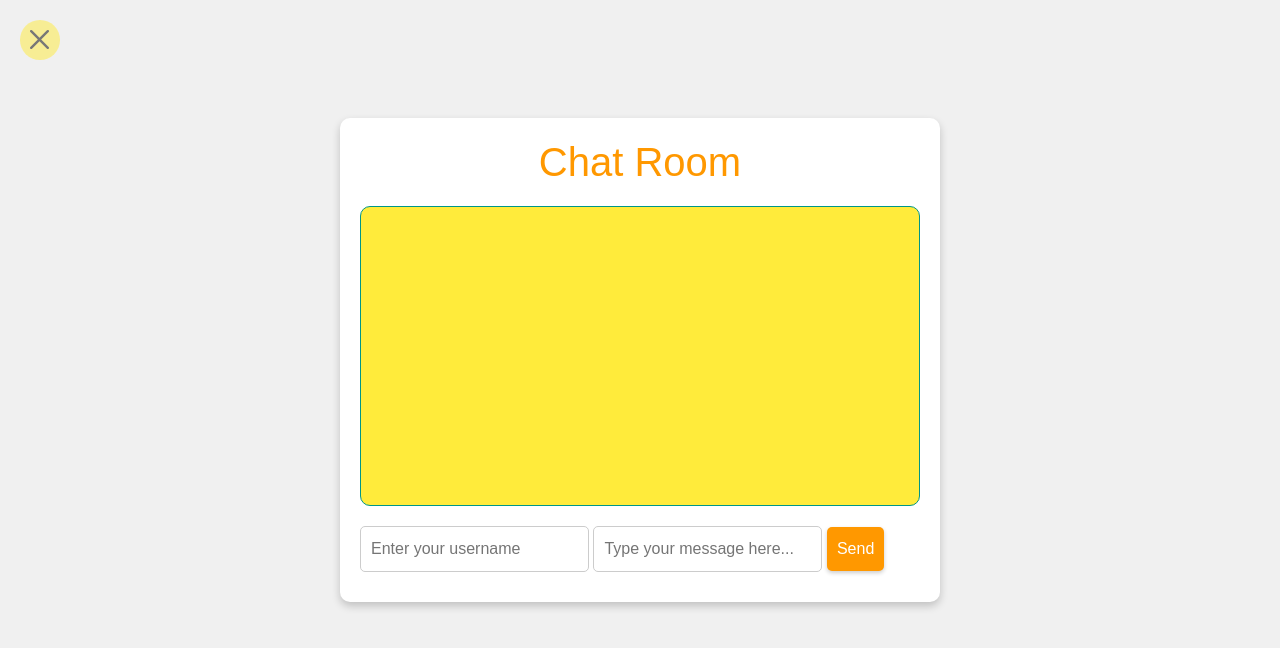
Repository: Sanjana-Inapakolla/Find-your-Roomie-website
Page: http://localhost/MiniProject/AfterSend
An editor plug-in stored every save of this project. The page is shown before and after the next save, followed by the edit.
The browser window is 1280 px wide. The pictures show the whole page.
The page is served by Tomcat 10. Other server files are loaded and not shown. Queries for data that is not in the repository find no rows.

Above is the page before, as saved 2024-11-13 11:32:25.

### mini-project(jfst)/MiniProject/src/main/webapp/chat.jsp
<%@ page language="java" contentType="text/html; charset=UTF-8" pageEncoding="UTF-8"%>
<%@ page import="java.util.*, java.io.*,jakarta.servlet.*,java.sql.*"%>
<%@ page import="form.DbConnect" %>
<%@ page import="chat.Pair_messages" %>

<!DOCTYPE html>
<html lang="en">
<head>
    <meta charset="UTF-8">
    <meta name="viewport" content="width=device-width, initial-scale=1.0">
    <title>Chat Application</title>
    <link href="https://cdn.jsdelivr.net/npm/bootstrap@5.3.3/dist/css/bootstrap.min.css" rel="stylesheet" integrity="sha384-QWTKZyjpPEjISv5WaRU9OFeRpok6YctnYmDr5pNlyT2bRjXh0JMhjY6hW+ALEwIH" crossorigin="anonymous">

    <style>
        body {
            display: flex;
            justify-content: center;
            align-items: center;
            height: 100vh;
            margin: 0;
            background-color: #f0f0f0; /* Gray background */
            font-family: Arial, sans-serif;
        }

        .chat-container {
            background-color: white; /* White container background */
            padding: 20px;
            border-radius: 10px;
            box-shadow: 0 4px 8px rgba(0, 0, 0, 0.2);
            width: 600px;
        }

        h1 {
            text-align: center;
            color: #ff9800; /* Orange for heading */
            margin-bottom: 20px;
        }

        #chatWindow {
            border: 1px solid #009688; /* Teal border */
            height: 300px;
            overflow-y: scroll;
            padding: 10px;
            background-color: #ffeb3b; /* Yellow background */
            border-radius: 10px;
            margin-bottom: 20px;
        }

        .form-container {
            display: flex;
            flex-direction: column;
        }

        input[type="text"], input[type="submit"], input[type="text"]#username {
            background-color: #fff; /* White input fields */
            border: 1px solid #ccc;
            padding: 10px;
            border-radius: 5px;
            margin-bottom: 10px;
        }

        input[type="submit"] {
            background-color: #ff9800; /* Orange for submit button */
            border: none;
            color: white;
            cursor: pointer;
            box-shadow: 0 2px 4px rgba(0, 0, 0, 0.2);
        }

        input[type="submit"]:hover {
            background-color: #f57c00; /* Darker orange for hover effect */
        }

        .btn-close {
            position: absolute;
            top: 20px;
            left: 20px;
            width: 30px;
            height: 30px;
            font-size: 1.2rem;
            background-color: #ffeb3b; /* Yellow close button */
            border: none;
            border-radius: 50%;
        }

        .btn-close:hover {
            background-color: #fdd835; /* Darker yellow for hover effect */
        }

        p {
            margin: 5px 0;
            color: #009688; /* Teal color for chat text */
        }
    </style>
</head>

<body>
    <button type="button" class="btn-close" aria-label="Close" onclick="window.location.href='home.html';"></button>
    <div class="chat-container">
        <h1>Chat Room</h1>
        <div id="chatWindow">
            <%
                List<Pair_messages> m = (List<Pair_messages>) request.getAttribute("chats");
                if (m != null && !m.isEmpty()) {
                    for (Pair_messages p : m) {
            %>
                <p><strong><%= p.getUsername() %>:</strong> <%= p.getMessage() %></p>
            <%
                    }
                }
            %>
        </div>

        <div class="form-container">
            <form action="sendMessagesServlet" method="POST">
                <input type="text" id="username" name="username" placeholder="Enter your username" required>
                <input type="text" id="message" name="message" placeholder="Type your message here..." required>
                <input type="submit" value="Send">
            </form>
        </div>
    </div>

    <script src="https://cdn.jsdelivr.net/npm/bootstrap@5.3.3/dist/js/bootstrap.bundle.min.js" integrity="sha384-YvpcrYf0tY3lHB60NNkmXc5s9fDVZLESaAA55NDzOxhy9GkcIdslK1eN7N6jIeHz" crossorigin="anonymous"></script>
</body>
</html>

### mini-project(jfst)/MiniProject/src/main/java/chat/AfterSend.java
package chat;

import jakarta.servlet.ServletException;
import jakarta.servlet.annotation.WebServlet;
import jakarta.servlet.http.HttpServlet;
import jakarta.servlet.http.HttpServletRequest;
import jakarta.servlet.http.HttpServletResponse;
import java.io.IOException;
import java.io.PrintWriter;
import java.util.ArrayList;
import java.util.List;

import form.DbConnect;

/**
 * Servlet implementation class AfterSend
 */
@WebServlet("/AfterSend")
public class AfterSend extends HttpServlet {
	private static final long serialVersionUID = 1L;

    /**
     * @see HttpServlet#HttpServlet()
     */
    public AfterSend() {
        super();
        // TODO Auto-generated constructor stub
    }

	/**
	 * @see HttpServlet#doGet(HttpServletRequest request, HttpServletResponse response)
	 */
	protected void doGet(HttpServletRequest request, HttpServletResponse response) throws ServletException, IOException {
		DbConnect db=new DbConnect();
		List<Pair_messages> messages=new ArrayList<>();
		messages=db.retrieveMessages();
		request.setAttribute("chats", messages);
		System.out.print("request set");
		request.getRequestDispatcher("chat.jsp").forward(request, response);
	}

	/**
	 * @see HttpServlet#doPost(HttpServletRequest request, HttpServletResponse response)
	 */
	protected void doPost(HttpServletRequest request, HttpServletResponse response) throws ServletException, IOException {
		// TODO Auto-generated method stub
		doGet(request, response);
	}

}

### mini-project(jfst)/MiniProject/src/main/java/form/DbConnect.java
package form;

import java.nio.charset.StandardCharsets;
import java.security.MessageDigest;
import java.security.SecureRandom;
import java.sql.*;
import java.util.ArrayList;
import java.util.Arrays;
import java.util.List;

import chat.Pair_messages;

public class DbConnect {
	private static final String DB_URL = "jdbc:mysql://localhost:3306/jfst_miniproject";
    private static final String USER = "root";
    private static final String PASSWORD = "root";



    public static Connection getConnection() throws SQLException {
    	try {
			Class.forName("com.mysql.cj.jdbc.Driver");
		} catch (ClassNotFoundException e) {
			// TODO Auto-generated catch block
			e.printStackTrace();
		}
        return DriverManager.getConnection(DB_URL, USER, PASSWORD);
    }

    public boolean updateUserProfile(User user) {
    	String query="UPDATE users SET contact = ?, city = ?, area = ?, job = ? WHERE email = ?";
    	try (Connection conn = getConnection();
                PreparedStatement pstmt = conn.prepareStatement(query)){
    		pstmt.setString(1,user.getContact());
    		pstmt.setString(2, user.getCity());
    		pstmt.setString(3,user.getArea());
    		pstmt.setString(4,user.getJob());
    		pstmt.setString(5,user.getEmail());

    		int rowsAffected=pstmt.executeUpdate();
    		return rowsAffected>0;

    	}
    	catch(Exception e) {
    		e.printStackTrace();
    		return false;
    	}
    }

    public User getUserDetails(String email) {
    	 String query = "SELECT * FROM users WHERE email = ?";
    	    try (Connection conn = getConnection();
    	         PreparedStatement pstmt = conn.prepareStatement(query)) {
    	        pstmt.setString(1, email);
    	        ResultSet rs = pstmt.executeQuery();
    	        if (rs.next()) {
    	            return new User(
    	                rs.getString("email"),
    	                rs.getString("name"),
    	                rs.getString("gender"),
    	                rs.getDate("dob"),
    	                rs.getString("contact"),
    	                rs.getInt("age"),
    	                rs.getString("city"),
    	                rs.getString("area"),
    	                rs.getString("job"),
    	                rs.getString("native_place"),
    	                rs.getString("mother_tongue"),
    	                rs.getString("smoke"),
    	                rs.getString("drink"),
    	                rs.getString("diet")
    	            );
    	        }
    	    } catch (SQLException e) {
    	        e.printStackTrace();
    	    }
    	    return null;

    }

    public static List<User> getAllUsers(String email){
    	String query="SELECT * FROM users WHERE status = ? AND email <> ?";

    	List<User> list=new ArrayList<>();
    	 try (Connection conn = getConnection();
    	         PreparedStatement pstmt = conn.prepareStatement(query)) {
    	        pstmt.setString(1, "active");
    	        pstmt.setString(2, email);
    	        ResultSet rs = pstmt.executeQuery();
    	        while (rs.next()) {
    	        	System.out.print(rs.getString("name"));
    	            list.add( new User(
    	                rs.getString("email"),
    	                rs.getString("name"),
    	                rs.getString("gender"),
    	                rs.getDate("dob"),
    	                rs.getString("contact"),
    	                rs.getInt("age"),
    	                rs.getString("city"),
    	                rs.getString("area"),
    	                rs.getString("job"),
    	                rs.getString("native_place"),
    	                rs.getString("mother_tongue"),
    	                rs.getString("smoke"),
    	                rs.getString("drink"),
    	                rs.getString("diet")
    	            ));
    	        }
    	    } catch (SQLException e) {
    	        e.printStackTrace();
    	    }
    	    return list;

    }

    public  boolean addUserDetails(User user,String email) {
    	String query = "UPDATE users SET name=?, gender=?, dob=?, contact=?, age=?, city=?, area=?, job=?, native_place=?, mother_tongue=?, smoke=?, drink=?, diet=? WHERE email=?";

    	try(Connection con=getConnection(); PreparedStatement pstmt=con.prepareStatement(query)){
    		pstmt.setString(1, user.getName());
    		pstmt.setString(2, user.getGender());
    	    pstmt.setDate(3, user.getDob());
    	    pstmt.setString(4, user.getContact());
    	    pstmt.setInt(5, user.getAge());
    	    pstmt.setString(6, user.getCity());
    	    pstmt.setString(7, user.getArea());
    	    pstmt.setString(8, user.getJob());
    	    pstmt.setString(9, user.getNative_place());
    	    pstmt.setString(10, user.getMother_tongue());
    	    pstmt.setString(11, user.getSmoke());
    	    pstmt.setString(12, user.getDrink());
    	    pstmt.setString(13, user.getDiet());
    	    pstmt.setString(14, email);

    	    int rowsAffected=pstmt.executeUpdate();
    	    return rowsAffected>0;
    	}
    	catch(Exception e) {
    		e.printStackTrace();
    		return false;
    	}

    }
    //user form ends here

    //login-signup starts
    public static String registerUser(String username, String email, String password) {
    	if(userExists(username)) {
    		System.out.println("User exists");
    		return "User exists";
    	}
    	if(emailExists(email)) {
    		System.out.println("User with same email exists");
    		return "User with same email exists";
    	}
        String query = "INSERT INTO users (username, email, password, salt) VALUES (?, ?, ?, ?)";
        byte[][] salt_pwd = encrypt(password.getBytes(StandardCharsets.UTF_8));
        byte[] encrypted_pwd = salt_pwd[1];
        byte[] salt = salt_pwd[0];
        try (Connection conn = getConnection();
             PreparedStatement pstmt = conn.prepareStatement(query)) {
            pstmt.setString(1, username);
            pstmt.setString(2, email);
            pstmt.setBytes(3, encrypted_pwd);
            pstmt.setBytes(4, salt);

            int rowsAffected = pstmt.executeUpdate();
            if(rowsAffected > 0) return "Success!";
        } catch (SQLException e) {
            e.printStackTrace();
            return "Something went wrong";
        }
        return "Something went wrong";
    }

    public static String loginUser(String email, String password) {
    	String getStored = "SELECT password, salt FROM users WHERE email= ? ";
    	try {
    		Connection conn = getConnection();
            PreparedStatement pstmt = conn.prepareStatement(getStored);
            pstmt.setString(1, email);
            ResultSet rs = pstmt.executeQuery();
            if(!rs.next()) {

            	System.out.println("No such user");
            	return "No such user";
            }
            	byte[] stored_pwd = rs.getBytes(1);
            	byte[] salt = rs.getBytes(2);
            	if(passwordMatch(password,salt,stored_pwd)) {
            		System.out.println("Success!");
            		return "Success!";
            	}
            	else {
            		System.out.println("Wrong password");
            		return "Wrong password";
            	}


    	}catch(Exception e) {
    		e.printStackTrace();
    	}
    	return "Something went wrong";
    }

    public static byte[][] encrypt(byte[] plainTxt){
        // returns the hashed salt[0] and password used[1]
        SecureRandom random = new SecureRandom();
        byte[] salt = new byte[16];
        random.nextBytes(salt);
        try {
            MessageDigest md = MessageDigest.getInstance("SHA-512");
            md.update(salt);
            byte[] hashedPassword = md.digest(plainTxt);
            return new byte[][]{salt, hashedPassword};

        }catch (Exception e){
            System.out.println("Something went wrong with hashing");
            return new byte[][]{null, null};
        }
    }

    public static boolean passwordMatch(String plainTxt, byte[] salt, byte[] stored){
        try {
            MessageDigest md = MessageDigest.getInstance("SHA-512");
            md.update(salt);
            byte[] hashedPassword = md.digest(plainTxt.getBytes(StandardCharsets.UTF_8));
            return Arrays.equals(hashedPassword, stored);
        }catch (Exception e){
            System.out.println("Something went wrong..");
            return false;
        }
    }
    public static boolean userExists(String uname){
        String query = "SELECT username FROM users WHERE username = ? ";
        Connection conn;
		try {
			conn = getConnection();
			PreparedStatement pstmt = conn.prepareStatement(query);
			pstmt.setString(1, uname);
	        ResultSet rs = pstmt.executeQuery();
	        if(rs.next()) {
	        	System.out.println("User exists");
	        	return true;
	        }
	        else {
	        	return false;
	        }
		} catch (SQLException e) {
			// TODO Auto-generated catch block
			e.printStackTrace();
		}
        return false;
    }
    public static boolean emailExists(String em){
    	String query = "SELECT email FROM users WHERE email = ? ";
        Connection conn;
		try {
			conn = getConnection();
			PreparedStatement pstmt = conn.prepareStatement(query);
			pstmt.setString(1, em);
	        ResultSet rs = pstmt.executeQuery();
	        if(rs.next()) {
	        	System.out.println("User with same email exists");
	        	return true;
	        }
	        else {
	        	return false;
	        }
		} catch (SQLException e) {
			// TODO Auto-generated catch block
			e.printStackTrace();
		}
        return false;
    }
    //login signup code ends here

    //discussion forum

    public  void addMessages(String username,String message) {
		System.out.print("i am inside add");
		String query="INSERT INTO messages (username , message) values (?,?)";
		try (Connection conn=getConnection();
				PreparedStatement pstmt= conn.prepareStatement(query)){
			System.out.print("i am inside add-try");
			pstmt.setString(1,username);
			pstmt.setString(2,message);
			int rows=pstmt.executeUpdate();
			System.out.print(rows>0);

		}catch(Exception e) {
			e.printStackTrace();
		}
	}


	public List<Pair_messages> retrieveMessages() {
		List<Pair_messages> list=new ArrayList<>();
		String query = "SELECT * FROM messages ORDER BY timestamp DESC";
		try (Connection conn=getConnection();
				PreparedStatement pstmt= conn.prepareStatement(query)){
			System.out.print("i am inside retreive-try");

            ResultSet rs = pstmt.executeQuery();
            while(rs.next()) {
            	list.add(new Pair_messages(rs.getString("username"),rs.getString("message")));
            }


		}catch(Exception e) {
			e.printStackTrace();
		}
		return list;
	}

	// discussion forum ends

	//reviews
	public void addReview (String email,String hostel_name ,String hostel_city , String hostel_area,String review_text) throws SQLException {
		String query="INSERT INTO reviews (email_id,hostel_name,hostel_city,hostel_area,review_text)  values (?,?,?,?,?)";
		try(Connection conn=getConnection();PreparedStatement pstmt= conn.prepareStatement(query)){
			    pstmt.setString(1,email);
            	pstmt.setString(2,hostel_name);
            	pstmt.setString(3,hostel_city);
            	pstmt.setString(4,hostel_area);
            	pstmt.setString(5,review_text);

           int rows=pstmt.executeUpdate();
           System.out.println(rows>0);
		}
		catch(Exception e) {
			e.printStackTrace();
		}
	}

	public List<String> retrieveReview (String hostel) {
		String query="SELECT review_text FROM reviews WHERE hostel_name= ?";
		List<String> reviews= new ArrayList<>();
		try(Connection conn=getConnection();PreparedStatement pstmt= conn.prepareStatement(query)){
		    pstmt.setString(1,hostel);

		    ResultSet rs= pstmt.executeQuery();
		    while (rs.next()) {
		    	System.out.println("Review exists");
		    	reviews.add(rs.getString("review_text"));
		    }

		}catch(SQLException e) {
			e.printStackTrace();
		}
		if(reviews.size()==0) {
			System.out.print("no reviews");
		}
		return reviews;
	}

	//review ends


}

After the next save:
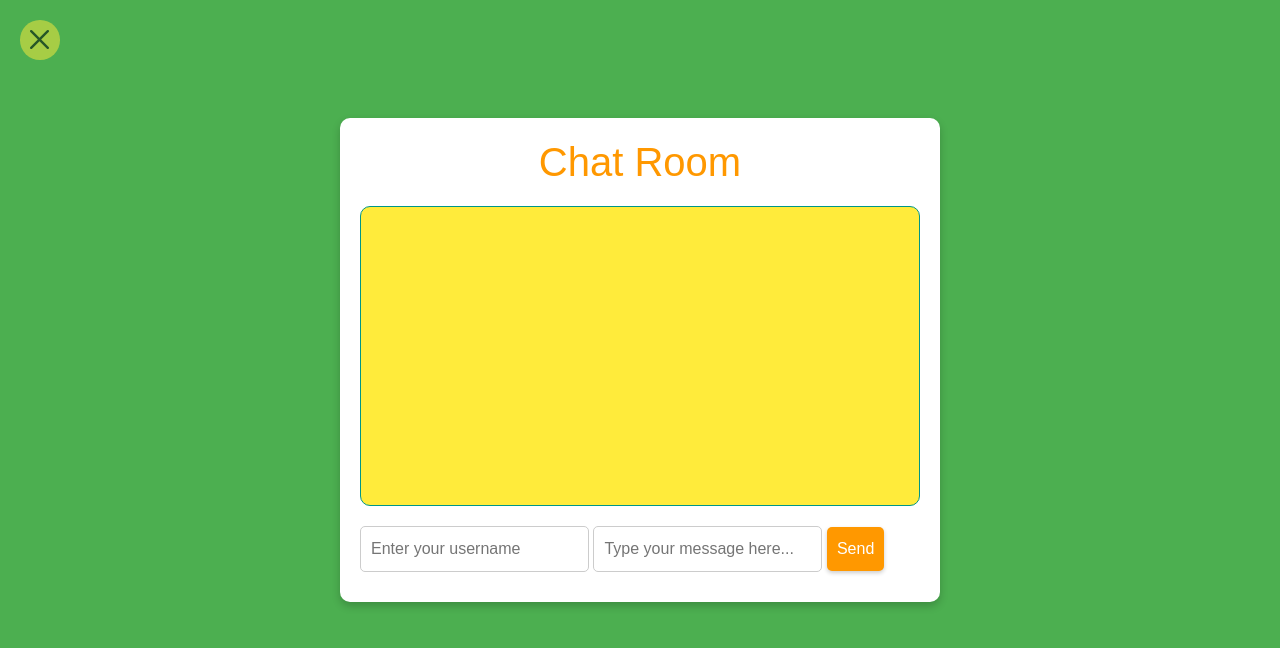
Saved 116 s later.
--- a/mini-project(jfst)/MiniProject/src/main/webapp/chat.jsp
+++ b/mini-project(jfst)/MiniProject/src/main/webapp/chat.jsp
@@ -18,7 +18,7 @@
             align-items: center;
             height: 100vh;
             margin: 0;
-            background-color: #f0f0f0; /* Gray background */
+            background-color: #4CAF50; /* Green background */
             font-family: Arial, sans-serif;
         }
 
@@ -57,6 +57,7 @@
             padding: 10px;
             border-radius: 5px;
             margin-bottom: 10px;
+            color: black; /* Black text */
         }
 
         input[type="submit"] {
@@ -89,7 +90,7 @@
 
         p {
             margin: 5px 0;
-            color: #009688; /* Teal color for chat text */
+            color: black; /* Black text for chat */
         }
     </style>
 </head>
